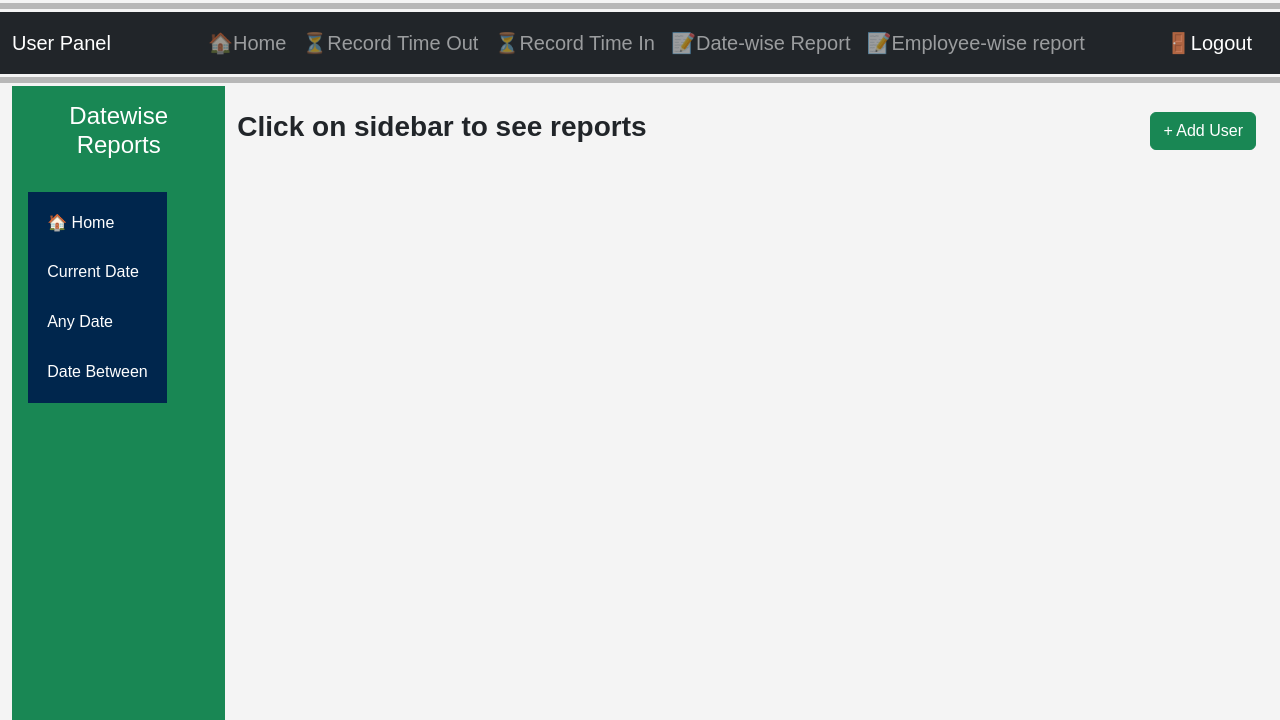
Repository: tecresearch/fullstack-training
Page: http://localhost/user/reports/datewise/anydate-dashboard
An editor plug-in stored every save of this project. The page is shown before and after the next save, followed by the edit.
The browser window is 1280 px wide. The pictures show the whole page.
The page is this project's Thymeleaf template; nobody is signed in. The template is opened directly, without the code that normally fills it, so the values that code supplies are empty.

Above is the page before, as saved 2025-03-19 07:00:23.

### a4-spring-boot/employee-time-tracker/src/main/resources/templates/user/reports/datewise/anydate-dashboard.html
<html xmlns:th="http://www.thymeleaf.org">
<!-- admin navbar -->
<div th:insert="~{@{user/user-navbar}}"></div>
<head>
    <meta charset="UTF-8">
    <meta name="viewport" content="width=device-width, initial-scale=1.0">
    <title>Datewise Report Dashboard</title>
</head>
<body>
	<div class="container-fluid">
	    <div class="row">
	        <!-- Sidebar -->
			<div th:insert="~{@{user/reports/datewise/date-sidebar}}"></div>
	        <!-- Main Content -->
	        <main class="col-md-9 col-lg-10 offset-md-3 offset-lg-2 p-4">
	            <div class="d-flex justify-content-between align-items-center mb-3">
	                <h3 class="fw-bold">Click on sidebar to see reports</h3>
	                <button class="btn btn-success" id="addUser" data-bs-toggle="modal" data-bs-target="#addUserModal">+ Add User</button>
	            </div>
	        </main>
	    </div>
	</div>
	<script src="https://cdn.jsdelivr.net/npm/bootstrap@5.3.0/dist/js/bootstrap.bundle.min.js"></script>
</body>
</html>

### a4-spring-boot/employee-time-tracker/src/main/resources/templates/user/user-navbar.html
<html xmlns:th="http://www.thymeleaf.org">
  <head>
	<div th:insert="~{@{csslink}}"></div>
	<style>
		.bt {
           padding: 5px 10px;
		   border-radius: 5px;
		   transition: background-color 0.3s;
		   color:blue;
		   font-size:1.5vw;
		   background-color: white;
		   margin-left: 5px;
		   margin-top: 0px;
		 }
		.nav-link:hover{
			color:white;
		}
    </style>
	<script>
	        document.addEventListener("DOMContentLoaded", function () {

				document.querySelectorAll("nav a").forEach(link => {
				    if (link.href === window.location.href) {
				      link.classList.add("active");
				    }
				  });
	        });
	    </script>
</head>
<body >
  <hr style="border:3px solid black;margin-top:3px;margin-bottom:3px">
  <nav class="navbar navbar-expand-lg navbar-dark bg-dark">
	<div class="container-fluid">
	   <a class="navbar-brand" href="#">User Panel</a>
	   <button class="navbar-toggler" type="button" data-bs-toggle="collapse" data-bs-target="#navbarNav">
		 <span class="navbar-toggler-icon"></span>
	   </button>
	   <div class="collapse navbar-collapse justify-content-center" id="navbarNav">
	 	<ul class="navbar-nav">
		  <li class="nav-item">
		     <a class="nav-link fs-5" href="/employee-timetracker/user/home">🏠Home</a>
		  </li>
		  <li class="nav-item">
			 <a class="nav-link fs-5" id="recordTimeOut" data-bs-target="#employeeTimeOutModal" data-bs-toggle="modal" href="#">⏳Record Time Out</a>
		  </li>
		  <li class="nav-item">
			 <a class="nav-link fs-5" id="recordTimeIn" data-bs-target="#employeeTimeInModal" data-bs-toggle="modal" href="#">⏳Record Time In</a>
		  </li>
		  <li class="nav-item">
			 <a class="nav-link fs-5" href="/employee-timetracker/user/datewise/report">📝Date-wise Report</a>
		  </li>
		  <li class="nav-item">
		     <a class="nav-link fs-5" href="#">📝Employee-wise report</a>
		  </li>
		</ul>
	  </div>
	  <a class="navbar-brand" href="#">🚪Logout</a>
	 </div>
    </nav>
   </div>
   <hr style="border:3px solid black;margin-top:3px;margin-bottom:3px">
</body>
</html>

### a4-spring-boot/employee-time-tracker/src/main/resources/templates/csslink.html
<link th:href="@{/CSS/bootstrap.min.css}" rel="stylesheet">
<link th:href="@{/CSS/timetracker.css?v=2.0}" rel="stylesheet">
<script src="https://code.jquery.com/jquery-3.6.0.min.js"></script>
<script th:src="@{/JS/employee/ajax.js?v=2.0}" type="module"></script>
<script th:src="@{/JS/user.js?v=2.0}"></script>
<script th:src="@{/JS/user/userajax.js?v=2.0}" type="module"></script>
<script th:src="@{/JS/user/check.js?v=2.0}"></script>

### a4-spring-boot/employee-time-tracker/src/main/resources/templates/user/reports/datewise/date-sidebar.html
<nav class="col-md-3 col-lg-2 d-md-block bg-success text-white vh-100 position-fixed">
	<div class="p-3">
		<h4 class="text-center">Datewise Reports</h4>
		<ul class="nav flex-column mt-4 position-fixed">
			<li class="nav-item">
				<a class="nav-link text-white active" href="#">🏠 Home</a>
			</li>
			<li class="nav-item">
				<a class="nav-link text-white" id="addUser1" data-bs-toggle="modal" data-bs-target="#addUserModal" href="#">Current Date</a>
			</li>
			<li class="nav-item">
				<a class="nav-link text-white" id="listUser" data-bs-toggle="modal" data-bs-target="#listUserModal" href="#">Any Date</a>
			</li>
			<li class="nav-item">
				<a class="nav-link text-white" data-bs-toggle="modal" data-bs-target="#deleteUserModal" href="#">Date Between</a>
			</li>
		</ul>
	</div>
</nav>

### a4-spring-boot/employee-time-tracker/src/main/resources/static/CSS/timetracker.css
body {
    font-family: Arial, sans-serif;
    margin: 0;
    padding: 0;
    background-color: #f4f4f4;
}
.header {
    background-color: #004080;
    color: white;
    padding: .8vw;
    text-align: center;
}
.nav {
    display: flex;
    justify-content: center;
    background: #00264d;
    padding: .5vw;
}
.nav a {
    color: white;
    padding: 1vw 1vw;
    text-decoration: none;
}
.hero {
    height: 20vw;
    display: flex;
    align-items: center;
    justify-content: center;
    color: white;
    font-size: 1.3vw;
    text-shadow: 2px 2px 5px rgba(0, 0, 0, 0.5);
}
.services {
    text-align: center;
    padding: .5vw;
}
.services div {
    display: inline-block;
    background: white;
    padding: .5vw;
    margin: .5vw;
    border-radius:.2vw;
    box-shadow: 0px 0px .5vw rgba(0, 0, 0, 0.1);
}
.footer {
    background: #004080;
    color: white;
    text-align: center;
    padding: .5vw;
    margin-top: .2vw;
}
.ddm{
    background:#00264d;
}
.bt{
    border:none;
    color:white;
    cursor: pointer;
    background: #00264d;
    margin-top: 12px;
}
a.dropdown-item:hover{
    background:white;
    color:#00264d;
}
.bg-image{
	background: url("../images/time.jpg")no-repeat center center/cover
}
.ubg-image{
	background: url("../images/tracker2.jpg")no-repeat center center/cover
}
.ch{
	height:18vw;
}

### a4-spring-boot/employee-time-tracker/src/main/resources/static/JS/employee/ajax.js
import { loadEmployeeDelete } from './empdelete.js';
import { loadEmployeeEdit } from './empedit.js';
import { popupAddDepartment, popupRole } from './emppopup.js';
import { loadEmployeeList } from './emplist.js';
$(document).ready(function() {
	$("#loadDeleteEmployee").click(function() {
		loadEmployeeDelete();
	});
	$("#loadEditEmployee").click(function() {
		loadEmployeeEdit();
	});
	$("#addEmployee").click(function() {
		popupAddDepartment();
	});
	$("#addEmployee1").click(function() {
		popupAddDepartment();
	});
	$("#department").change(function() {
		alert($(this).val());
		popupRole($(this).val(), "role");
	});
	$("#edepartment").change(function() {
		popupRole($(this).val(), "erole");
	});
	$("#listEmployee").click(function() {
		loadEmployeeList();
	});
});

### a4-spring-boot/employee-time-tracker/src/main/resources/static/JS/user.js
function matchPassword() {

	if (document.getElementById("rpassword").value != document.getElementById("password").value) {
		alert("Repeat password doen not match with password")
		return false;
	}
	return true;
}
function validatePassword() {
	var password = document.getElementById("password").value;
	var pattern = /^(?=.*[A-Z])(?=.*[a-z])(?=.*\d)(?=.*[@#$%^&+=!]).{8,}$/;
	var message = document.getElementById("passwordMessage");

	if (!pattern.test(password)) {
		message.style.color = "red";
		message.innerHTML = "Password must be at least 8 characters long and include uppercase, lowercase, a number, and a special character.";
		return false;
	} else {
		message.style.color = "green";
		message.innerHTML = "Strong password!";
		return true;
	}
}
function validatePasswordMatch() {
	var password = document.getElementById("password").value;
	var confirmPassword = document.getElementById("rpassword").value;
	var message = document.getElementById("passwordMatchMessage");

	if (confirmPassword.length > 0) {
		if (password === confirmPassword) {
			message.style.color = "green";
			message.innerHTML = "Passwords match!";
		} else {
			message.style.color = "red";
			message.innerHTML = "Passwords do not match!";
		}
	} else {
		message.innerHTML = "";
	}
}
function validateEmail() {
	var email = document.getElementById("email").value;
	var emailPattern = /^[a-zA-Z0-9._%+-]+@[a-zA-Z0-9.-]+\.[a-zA-Z]{2,}$/;
	var message = document.getElementById("emailMessage");

	if (emailPattern.test(email)) {
		message.style.color = "green";
		message.innerHTML = "Valid email!";
	} else {
		message.style.color = "red";
		message.innerHTML = "Invalid email format!";
	}
}

### a4-spring-boot/employee-time-tracker/src/main/resources/static/JS/user/userajax.js
import { popupEmployeeInName,popupEmployeeOutName } from './namepopup.js';
$(document).ready(function() {
	$("#recordTimeOut").click(function() {
		popupEmployeeInName()
	});
	$("#recordTimeIn").click(function() {
			popupEmployeeOutName()
	});
});

### a4-spring-boot/employee-time-tracker/src/main/resources/static/JS/user/check.js
function checkUserExistense()
{
		$.ajax(
		{
			url: "/employee-timetracker/admin/user/get-user?username=" + document.getElementById("username").value,
			type: "GET",
			success: function(response)
			{
				if (response)
				{
					document.getElementById("userExistMessage").innerHTML = "User name alerady exist";
					return false;
				}
			},
			error: function()
			{
				console.error("AJAX Error: " + error);
			}
		});
	return true;
  }

### a4-spring-boot/employee-time-tracker/src/main/resources/static/JS/employee/empdelete.js
export function loadEmployeeDelete() {
	$.ajax({
		url: "/employee-timetracker/admin/employee/get-employee-delete?eid=" + document.getElementById("deleteEid").value,
		type: "GET",
		success: function(response) {
			if (response.msg != null) {
				alert(response.msg);
			}
			else {
				document.getElementById("employeeDeleteDetails").style.display = "block";
				alert(response.department);
				for (let key in response) {
					document.getElementById("lbl"+key).innerHTML = response[key];
				}
			}
		},
		error: function() {
			console.error("AJAX Error: " + error);
		}
	});
}
//window.loadEmployeeDelete = loadEmployeeDelete;

### a4-spring-boot/employee-time-tracker/src/main/resources/static/JS/employee/empedit.js
import { popupEditDepartment,popupRole} from './emppopup.js';
export function loadEmployeeEdit() {
	$.ajax({
		url: "/employee-timetracker/admin/employee/get-employee-edit?eid=" + document.getElementById("editEid").value,
		type: "GET",
		success: function(response) {
			if (response.msg != null) {
				document.getElementById("employeeEditDetails").style.display = "none";
				alert(response.msg);
			}
			else {
				document.getElementById("employeeEditDetails").style.display = "block";
				popupEditDepartment(response["department"],response["role"]);
				for (let key in response) {
					if(key!="department")
						document.getElementById(key).value = response[key];
				}
				//popupRole(document.getElementById("edepartment").value,"erole");
			}
		},
		error: function() {
			console.error("AJAX Error: " + error);
		}
	});
}

### a4-spring-boot/employee-time-tracker/src/main/resources/static/JS/employee/emppopup.js
export function popupAddDepartment() {
	$.ajax({
		url: "/employee-timetracker/admin/employee/department-list",
		type: "GET",
		success: function(response) {
			let deptDropdown = $("#department");
			deptDropdown.empty();
			for (let key in response) {
				deptDropdown.append('<option value="' + key + '">' + response[key] + '</option>')
			}
			popupRole(document.getElementById("department").options[0].value,"role");
		},
		error: function() {
			console.error("AJAX Error:", error);
		}
	});
}
export function popupEditDepartment(deptId,roleId) {
	$.ajax({
		url: "/employee-timetracker/admin/employee/department-list",
		type: "GET",
		success: function(response) {
			let deptDropdown = $("#edepartment");
			deptDropdown.empty();
			//deptDropdown.append('<option value="-1">Choose Department</option>')
			for (let key in response) {
				if(deptId==key)
					deptDropdown.append('<option selected="selected" value="' + key + '">' + response[key] + '</option>');
				else
					deptDropdown.append('<option value="' + key + '">' + response[key] + '</option>');
			}
			popupRole1(deptId,"erole",roleId);
		},
		error: function() {
			console.error("AJAX Error:", error);
		}
	});
}
export function popupRole(deptId,role) {
	let roleDropDown = $("#"+role);
	$.ajax({
		url: "/employee-timetracker/admin/employee/role-list?deptId=" + deptId,
		type: "GET",
		success: function(response) {
			roleDropDown.empty();
			for (let key in response) {
				roleDropDown.append('<option value="' + key + '">' + response[key] + '</option>')
			}
		},
		error: function() {
			console.error("AJAX Error:", error);
		}
	});
}
export function popupRole1(deptId,role,roleId) {
	let roleDropDown = $("#"+role);
	$.ajax({
		url: "/employee-timetracker/admin/employee/role-list?deptId=" + deptId,
		type: "GET",
		success: function(response) {
			roleDropDown.empty();
			for (let key in response) {
				if(roleId==key)
					roleDropDown.append('<option selected value="' + key + '">' + response[key] + '</option>')
				else
					roleDropDown.append('<option value="' + key + '">' + response[key] + '</option>');
			}
		},
		error: function() {
			console.error("AJAX Error:", error);
		}
	});
}

### a4-spring-boot/employee-time-tracker/src/main/resources/static/JS/employee/emplist.js
export function loadEmployeeList() {
	$.ajax({
		url: "/employee-timetracker/admin/employee/get-employee-list",
		type: "GET",
		success: function(response) {
			let tableBody=$("#employeeList tbody");
			tableBody.empty();
			response.forEach(item=>{
				let row=`<tr>
				   <td>${item.empId}</td>
				   <td>${item.firstname}</td>
				   <td>${item.lastname}</td>
				   <td>${item.email}</td>
				   <td>${item.phone}</td>
				   <td><a href="#">${item.deptId}</a></td>
				   <td><a href="#">${item.roleId}</a></td>
				   <td>${item.timein}</td>
				   <td>${item.timeout}</td>
				</tr>`;
				tableBody.append(row);
			});
		},
		error: function() {
			console.error("AJAX Error: " + error);
		}
	});
}

### a4-spring-boot/employee-time-tracker/src/main/resources/static/JS/user/namepopup.js
export function popupEmployeeInName() {
	$.ajax({
		url: "/employee-timetracker/user/time/employee-inlist",
		type: "GET",
		success: function(response) {
				let deptDropdown = $("#inEmpId");
			deptDropdown.empty();
			for (let key in response) {
				deptDropdown.append('<option value="' + key + '">' + response[key] + '('+key+')</option>')
			}
		},
		error: function() {
			console.error("AJAX Error:", error);
		}
	});
}
export function popupEmployeeOutName() {
	$.ajax({
		url: "/employee-timetracker/user/time/employee-outlist",
		type: "GET",
		success: function(response) {
				let deptDropdown = $("#outEmpId");
			deptDropdown.empty();
			for (let key in response) {
				deptDropdown.append('<option value="' + key + '">' + response[key] + '('+key+')</option>')
			}
		},
		error: function() {
			console.error("AJAX Error:", error);
		}
	});
}

Loaded but not shown: a4-spring-boot/employee-time-tracker/src/main/resources/static/CSS/bootstrap.min.css (library)

After the next save:
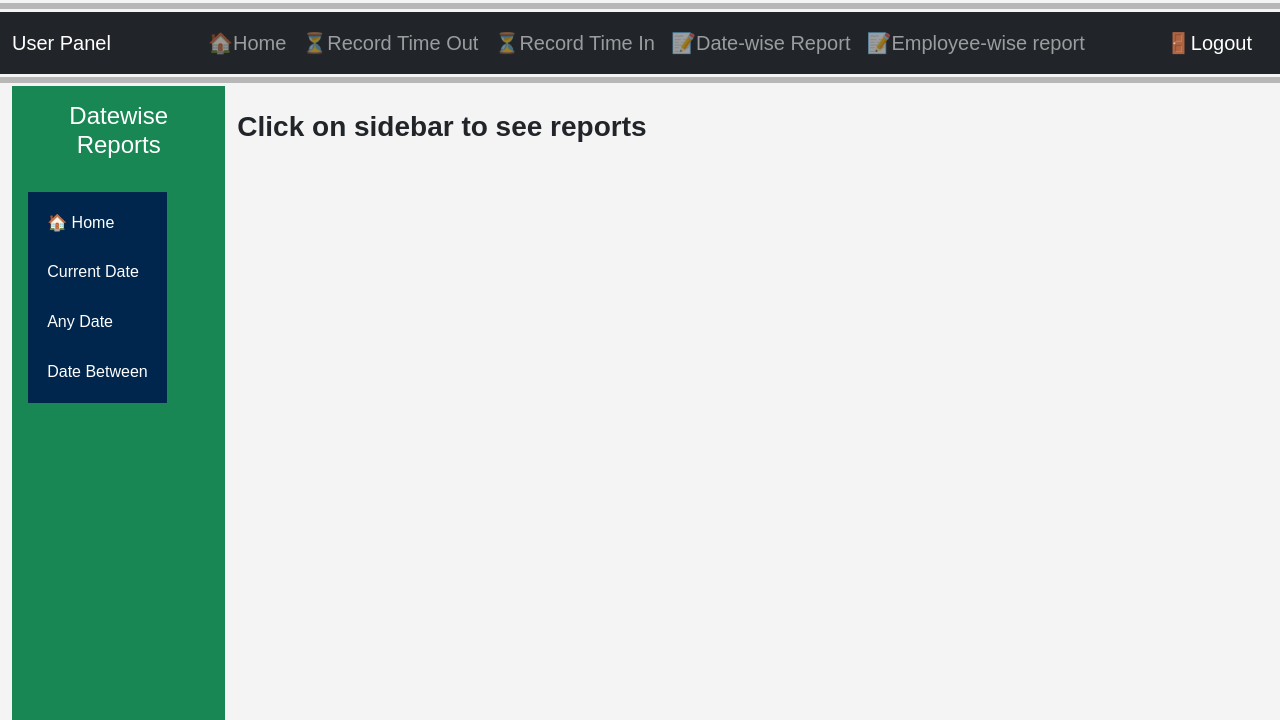
Saved 24 s later.
--- a/a4-spring-boot/employee-time-tracker/src/main/resources/templates/user/reports/datewise/anydate-dashboard.html
+++ b/a4-spring-boot/employee-time-tracker/src/main/resources/templates/user/reports/datewise/anydate-dashboard.html
@@ -15,7 +15,6 @@
 	        <main class="col-md-9 col-lg-10 offset-md-3 offset-lg-2 p-4">
 	            <div class="d-flex justify-content-between align-items-center mb-3">
 	                <h3 class="fw-bold">Click on sidebar to see reports</h3>
-	                <button class="btn btn-success" id="addUser" data-bs-toggle="modal" data-bs-target="#addUserModal">+ Add User</button>
 	            </div>
 	        </main>
 	    </div>
